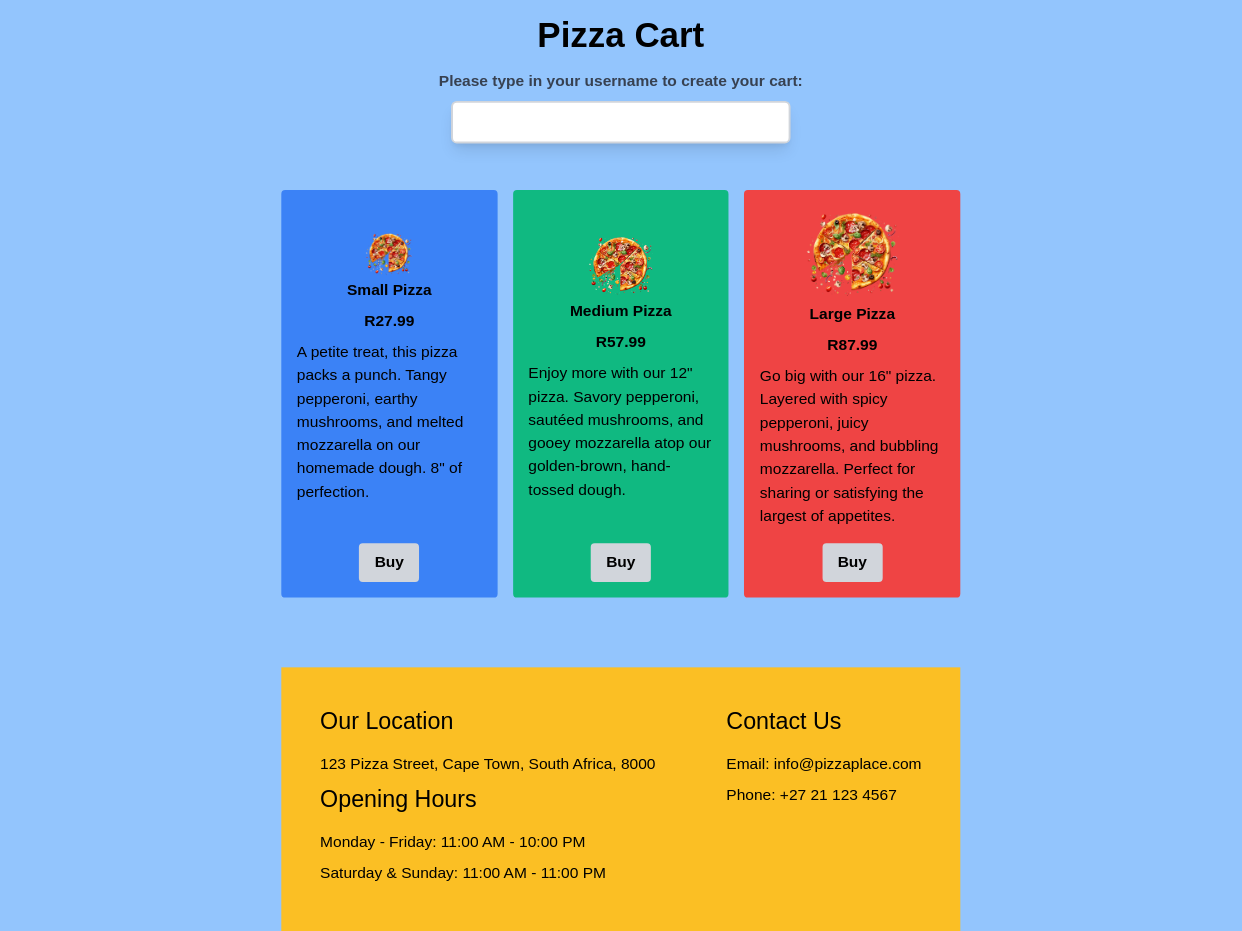
Repository: lasity34/pizza-cart-with-api
Page: index.html
An editor plug-in stored every save of this project. The page is shown before and after the next save, followed by the edit.
The browser window is 1280 px wide. The pictures show the whole page, at 97% of full size.
The page's requests for data from a server got no answer. Some web fonts or font styles are not loaded; a fallback is used. Some web libraries are served in a nearby version.

Above is the page before, as saved 2023-07-16 18:17:23.
Console error (its wording comes from the project's code and is left out).

After the next save:
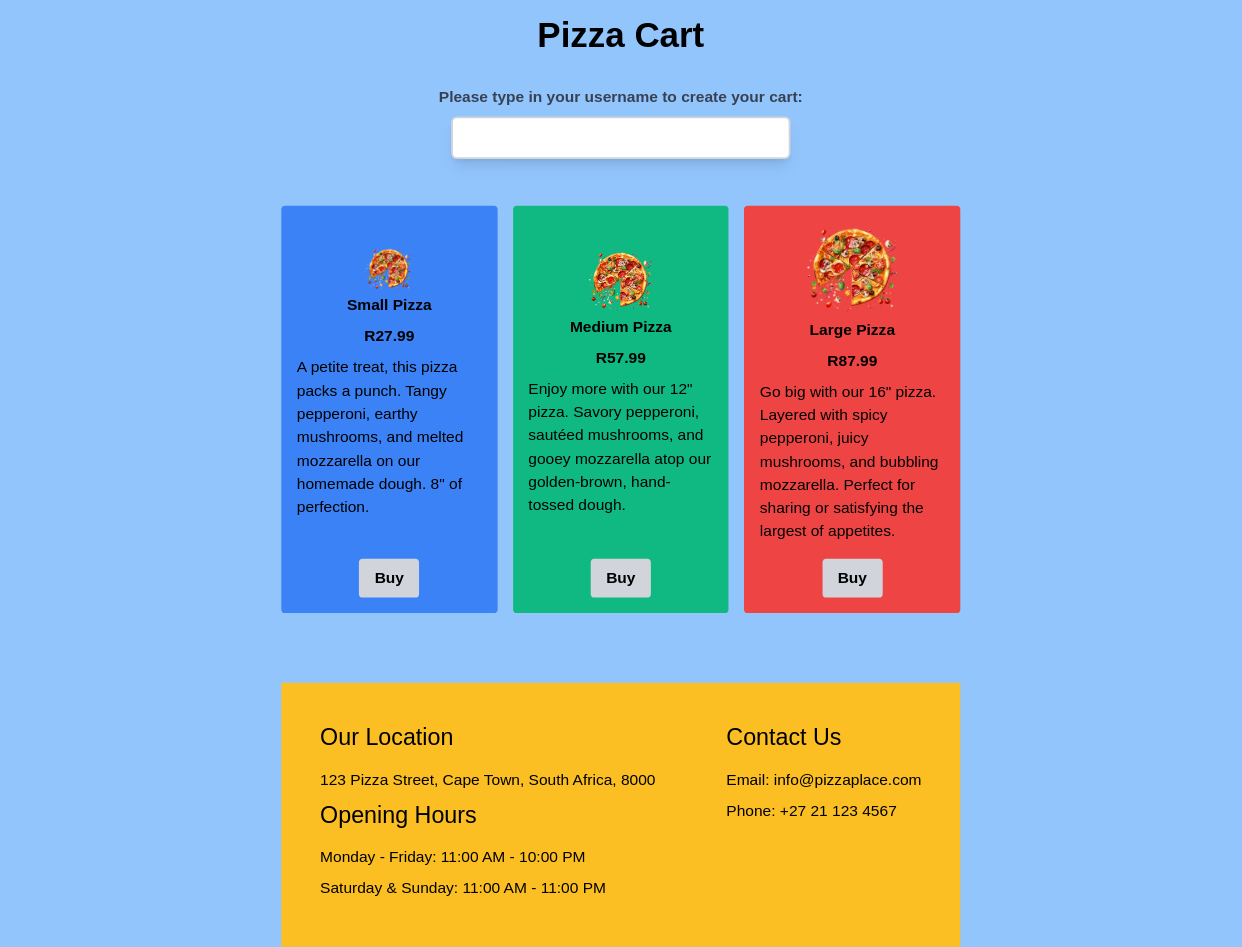
Saved 12 s later.
--- a/index.html
+++ b/index.html
@@ -28,7 +28,7 @@
     <section class="flex justify-center items-center">
       <h1 class="text-4xl pt-4 font-bold">Pizza Cart</h1>
     </section>
-    <section class="flex flex-col items-center mt-4 pb-4">
+    <section class="flex flex-col items-center mt-8 pb-4">
       <h3 class="text-md font-semibold text-center text-gray-700">Please type in your username to create your cart:</h3>
       <input type="text" x-modal="username" class="w-1/2 mt-2 p-2 rounded-md border-2 border-gray-300 shadow-lg focus:outline-none focus:ring-2 focus:ring-blue-600" />
     </section>
